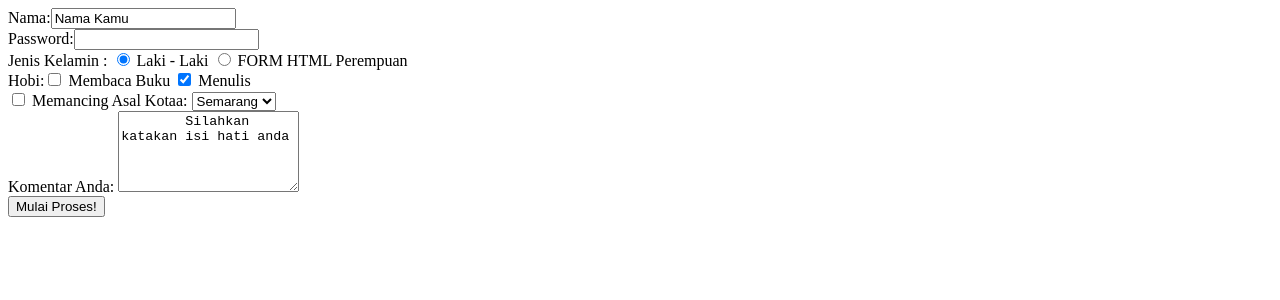
Repository: DejanAmru/dejan-praktikum
Page: modul-5/formulir.html
An editor plug-in stored every save of this project. The page is shown before and after the next save, followed by the edit.
The browser window is 1280 px wide. The pictures show the whole page.

Above is the page before, as saved 2025-11-14 08:56:03.

After the next save:
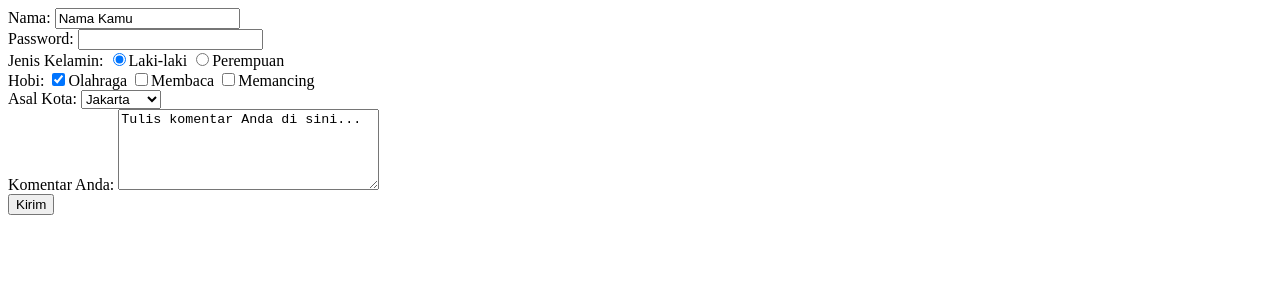
Saved 7 min 25 s later.
--- a/modul-5/formulir.html
+++ b/modul-5/formulir.html
@@ -2,46 +2,31 @@
 <html>
 
 <head>
-    <title>Belajar Membuat Form </title>
+  <title>Belajar Membuat Form</title>
 </head>
 
 <body>
-    <form action=" formulir.html" method="get">
-        Nama:<input type="text" name="nama" value="Nama Kamu" />
-        <br />
-        Password:<input type="password" name="password" />
-        <br />
-        Jenis Kelamin :
-        <input type="radio" name="jenis_kelamin" value="laki-laki" checked />
-        Laki - Laki
-        <input type="radio" name="jenis_kelamin" value="perempuan" />
-        FORM HTML
+  <form action="formulir.html" method="get">
+    Nama: <input type="text" name="nama" value="Nama Kamu"><br>
+    Password: <input type="password" name="password"><br>
+    Jenis Kelamin:
+    <input type="radio" name="jenis_kelamin" value="Laki-laki" checked>Laki-laki
+    <input type="radio" name="jenis_kelamin" value="Perempuan">Perempuan<br>
+    Hobi:
+    <input type="checkbox" name="hobi_baca" checked>Olahraga
+    <input type="checkbox" name="hobi_nulis">Membaca
+    <input type="checkbox" name="hobi_mancing">Memancing<br>
+    Asal Kota:
+    <select name="asal_kota">
+      <option value="Jakarta">Jakarta</option>
+      <option value="Bandung">Bandung</option>
+      <option value="Surabaya">Surabaya</option>
+    </select><br>
+    Komentar Anda:
+    <textarea name="komentar" rows="5" cols="30">Tulis komentar Anda di sini...</textarea><br>
+    <input type="submit" value="Kirim">
+  </form>
 
-        Perempuan
-        <br />
-        Hobi:<input type="checkbox" name="hobi_baca" /> Membaca Buku
-
-
-        <input type="checkbox" name="hobi_nulis" checked /> Menulis
-        <br />
-        <input type="checkbox" name="hobi_mancing" /> Memancing
-        Asal Kotaa:
-        <select name="asal_kota">
-
-
-            <option value="Kota Jakarta"> Jakarta</option>
-
-            <option>Bandung</option>
-            <option value="Kota Semarang" selected>Semarang</option>
-        </select>
-        <br />
-        Komentar Anda:
-        <textarea name="komentar" rows="5" cols="20">
-        Silahkan katakan isi hati anda
-        </textarea>
-        <br />
-        <input type="submit" value="Mulai Proses!">
-    </form>
 </body>
 
 </html>
